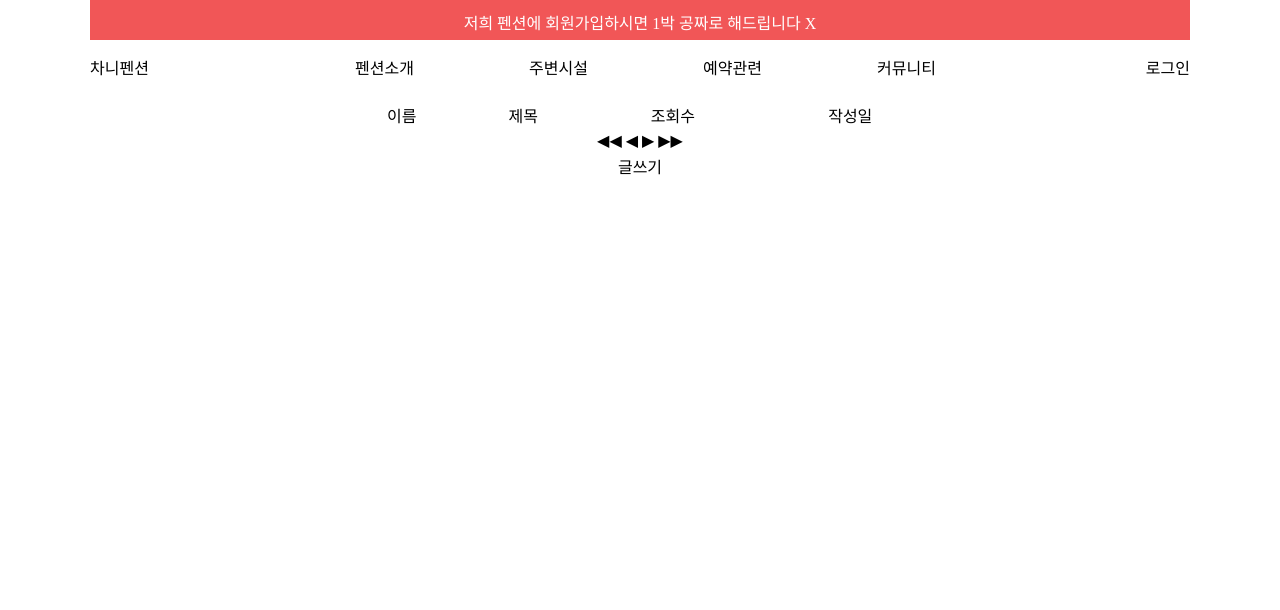
Repository: goalki/pension
Page: http://localhost/pension/board/list.jsp?pager=2
These files come from the project's save history. The page is drawn as it stood at one moment and after the next save; the edit follows.
The browser window is 1280 px wide. The pictures show the whole page.
The page is served by Tomcat 9. The template is opened directly, without the code that normally fills it, so the values that code supplies are empty.

Above is the page before, as saved 2021-01-21 07:16:01.

After the next save:
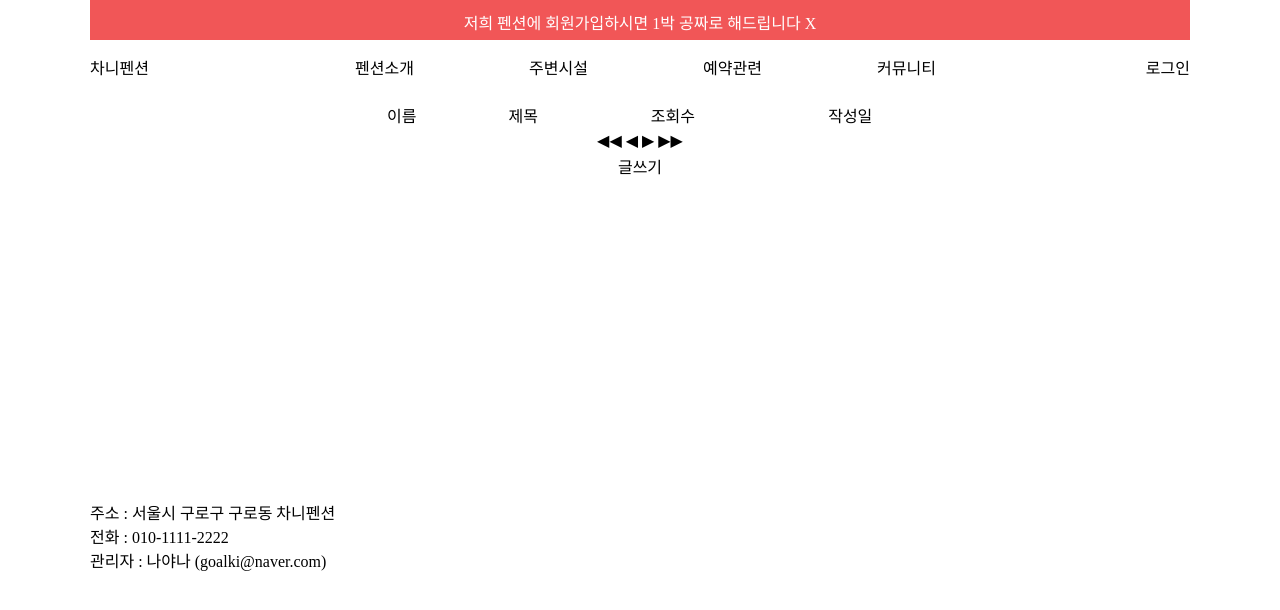
Saved 13 s later.
--- a/pension/WebContent/board/list.jsp
+++ b/pension/WebContent/board/list.jsp
@@ -46,13 +46,7 @@
    pageContext.setAttribute("pager", pager);
    pageContext.setAttribute("list", list);
 %>
-<!DOCTYPE html>
-<html>
-<head>
-<meta charset="UTF-8">
-<title>Insert title here</title>
-</head>
-<body>
+
  <table width="600" align="center">
   <tr>
    <td> 이름 </td>
@@ -122,5 +116,6 @@
    <td colspan="4" align="center"> <a href="write.jsp"> 글쓰기 </a> </td>
   </tr>
  </table>
-</body>
-</html>
+  </div>
+
+<%@ include file="../bottom.jsp" %>
